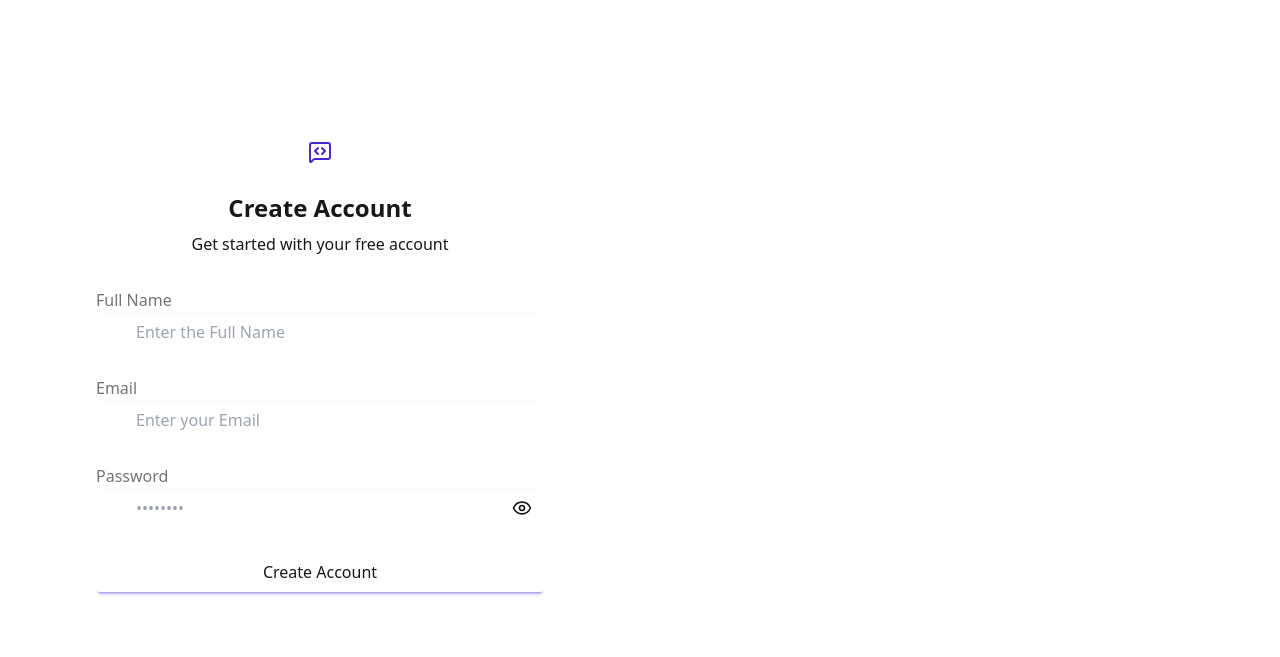
Repository: Subhashree-Nayak507/Chat_Application
Page: /signup (app in frontend/)
The author's editor kept a copy of each file at every save. The page is drawn from the files as they stood at one save, then again after the next save.
The browser window is 1280 px wide. The pictures show the whole page.
The page's requests for data from a server got no answer. The project was rebuilt for these pictures with package versions that can differ from the ones it lists, and the page was loaded fresh each time. No one was signed in, and anything a server would have sent is missing. Also part of the build but not shown: frontend/vite.config.js, frontend/src/pages/LoginPage.jsx, frontend/src/pages/SettingsPage.jsx, frontend/src/pages/ProfilePage.jsx, frontend/src/pages/HomePage.jsx.

Above is the page before, as saved 2024-12-15 09:24:42.

After the next save:
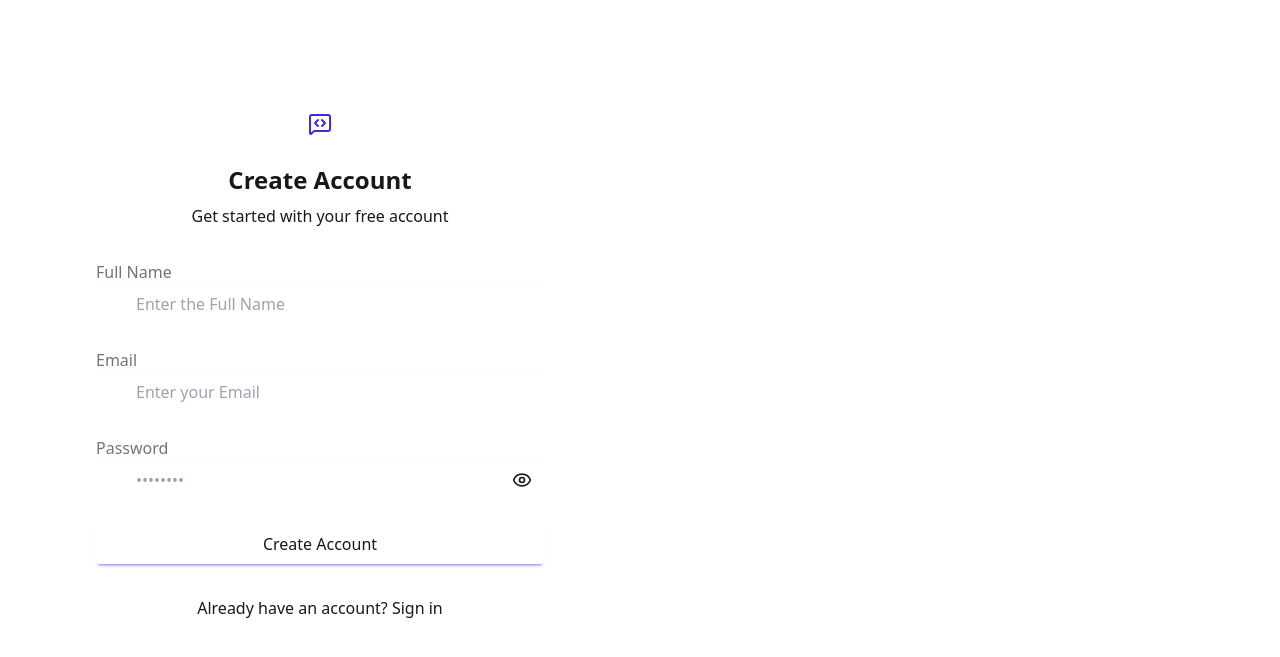
Saved 68 s later.
--- a/frontend/src/pages/SignUpPage.jsx
+++ b/frontend/src/pages/SignUpPage.jsx
@@ -1,6 +1,7 @@
 import React, { useState } from 'react'
 import { useAuthStore } from '../store/useAuthStore';
 import { Eye, EyeOff, Loader2, Lock, Mail, MessageSquare, MessageSquareCode, User } from 'lucide-react';
+import { Link } from 'react-router-dom';
 
 const SignUpPage = () => {
   const[showPassword,setShowPassword] = useState(false);
@@ -111,8 +112,15 @@ const SignUpPage = () => {
                 "Create Account"
               )}
             </button>
-
           </form>
+          <div className="text-center">
+            <p className="text-base-content/60">
+              Already have an account?{" "}
+              <Link to="/login" className="link link-primary">
+                Sign in
+              </Link>
+            </p>
+          </div>
         </div>
       </div>
 
